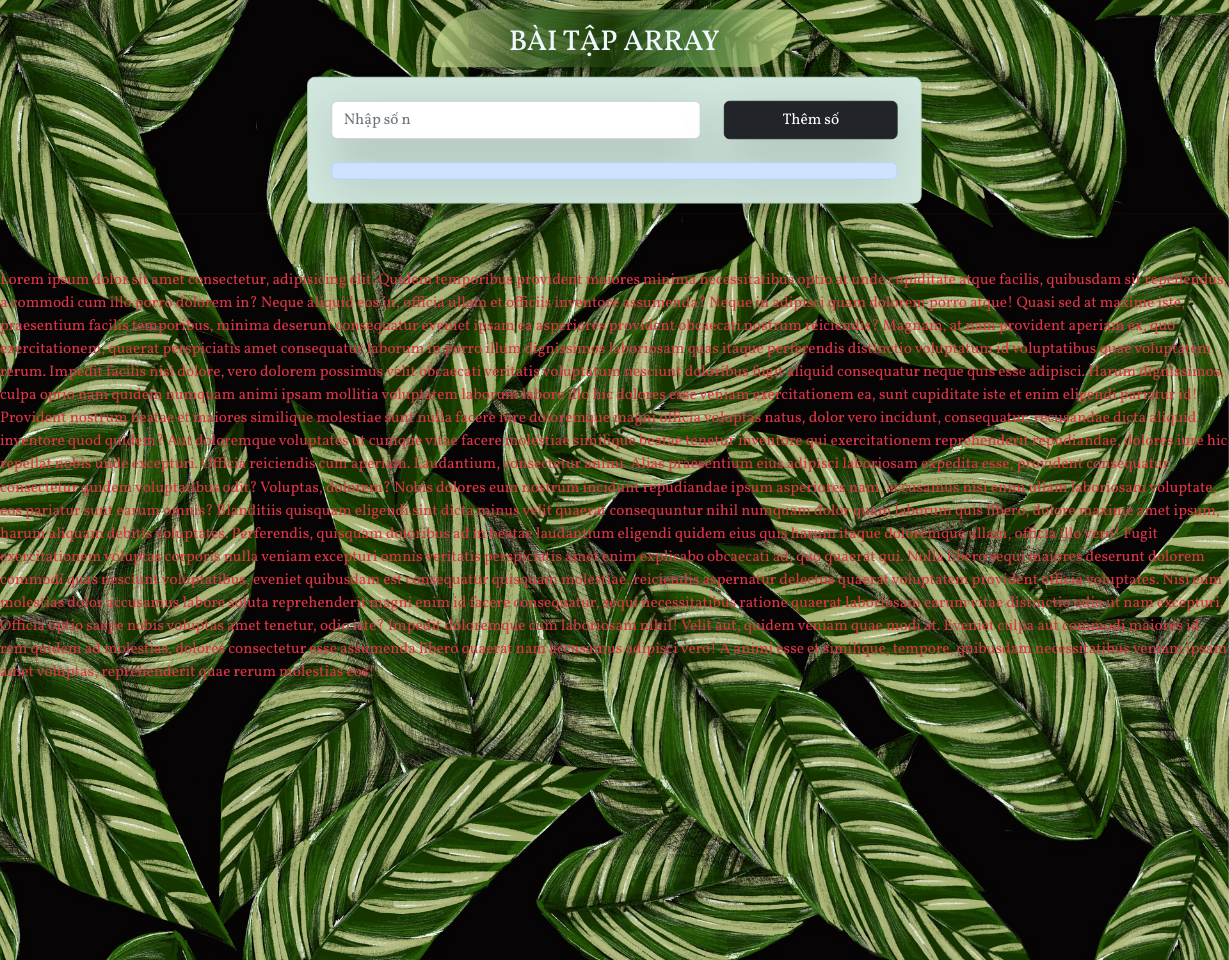
Repository: hcozyph/TranHuuPhuoc_BC43_BT_JS_Buoi7_8_ARRAY
Page: index.html
An editor plug-in stored every save of this project. The page is shown before and after the next save, followed by the edit.
The browser window is 1280 px wide. The pictures show the whole page, at 96% of full size.
Backgrounds fixed to the window are drawn as part of the page.

Above is the page before, as saved 2023-02-21 00:00:04.

### index.html
<!DOCTYPE html>
<html lang="en">
    <head>
        <title>BT Array</title>
        <!-- Required meta tags -->
        <meta charset="utf-8" />
        <meta
            name="viewport"
            content="width=device-width, initial-scale=1, shrink-to-fit=no"
        />
        <!-- font -->
        <link rel="preconnect" href="https://fonts.googleapis.com" />
        <link rel="preconnect" href="https://fonts.gstatic.com" crossorigin />
        <link
            href="https://fonts.googleapis.com/css2?family=Fraunces:ital,opsz,wght@0,9..144,600;0,9..144,700;1,9..144,300;1,9..144,400;1,9..144,500;1,9..144,600;1,9..144,700;1,9..144,800&family=Vollkorn:ital,wght@0,400;0,500;0,600;0,700;0,800;0,900;1,400;1,500;1,600;1,700;1,800;1,900&display=swap"
            rel="stylesheet"
        />
        <!-- Bootstrap CSS v5.2.1 -->
        <link
            href="https://cdn.jsdelivr.net/npm/bootstrap@5.2.1/dist/css/bootstrap.min.css"
            rel="stylesheet"
            integrity="sha384-iYQeCzEYFbKjA/T2uDLTpkwGzCiq6soy8tYaI1GyVh/UjpbCx/TYkiZhlZB6+fzT"
            crossorigin="anonymous"
        />

        <!-- index.css -->
        <link rel="stylesheet" href="./css/index.css" />
    </head>

    <body>
        <div class="container">
            <div class="bt-array-top">
                <div class="bt-array-title pt-2 shadow-lg">
                    <h1
                        class="text-center shadow-lg p-2"
                        ;
                        style="font-size: 30px"
                    >
                        BÀI TẬP ARRAY
                    </h1>
                </div>

                <div
                    id="mainArray"
                    class="alert alert-success w-50 text-center d-block rounded-3 shadow p-4"
                    style="margin: 10px auto"
                >
                    <div class="row row-cols-3">
                        <div class="col-8">
                            <input
                                id="user-input"
                                type="number"
                                class="form-control shadow-lg py-2"
                                placeholder="Nhập số n"
                                style="height: 100%"
                            />
                        </div>
                        <div class="col">
                            <button
                                id="user-btn"
                                class="btn btn-dark shadow-lg"
                                style="height: 100%; width: 100%"
                            >
                                Thêm số
                            </button>
                        </div>
                    </div>

                    <div class="row mt-4">
                        <div class="col">
                            <div
                                id="user-array"
                                class="alert alert-primary shadow-lg m-0 p-2"
                                style="font-size: 16px"
                            ></div>
                        </div>
                    </div>
                </div>
            </div>

            <div class="bt-array-content">
                <div class="text-danger">
                    Lorem ipsum dolor sit amet consectetur, adipisicing elit.
                    Quidem temporibus provident maiores minima necessitatibus
                    optio at unde cupiditate atque facilis, quibusdam sit
                    repellendus, a commodi cum illo porro dolorem in? Neque
                    aliquid eos in, officia ullam et officiis inventore
                    assumenda? Neque in adipisci quam dolorem porro atque! Quasi
                    sed at maxime iste, praesentium facilis temporibus, minima
                    deserunt consequatur eveniet ipsam ea asperiores provident
                    obcaecati nostrum reiciendis? Magnam, at nam provident
                    aperiam ex, quo exercitationem, quaerat perspiciatis amet
                    consequatur laborum in porro illum dignissimos laboriosam
                    quas itaque perferendis distinctio voluptatum id
                    voluptatibus quae voluptatem rerum. Impedit facilis nisi
                    dolore, vero dolorem possimus velit obcaecati veritatis
                    voluptatum nesciunt doloribus fugit aliquid consequatur
                    neque quis esse adipisci. Harum dignissimos, culpa optio nam
                    quidem numquam animi ipsam mollitia voluptatem laborum
                    labore illo hic dolores esse veniam exercitationem ea, sunt
                    cupiditate iste et enim eligendi pariatur id! Provident
                    nostrum beatae et maiores similique molestiae sunt nulla
                    facere iure doloremque magni officia voluptas natus, dolor
                    vero incidunt, consequatur, recusandae dicta aliquid
                    inventore quod quidem? Aut doloremque voluptates ut cumque
                    vitae facere molestiae similique beatae tenetur inventore
                    qui exercitationem reprehenderit repudiandae, dolores iure
                    hic repellat nobis unde excepturi. Officia reiciendis cum
                    aperiam. Laudantium, consectetur animi. Alias praesentium
                    eius adipisci laboriosam expedita esse, provident
                    consequatur consectetur quidem voluptatibus odit? Voluptas,
                    dolorem? Nobis dolores eum nostrum incidunt repudiandae
                    ipsum asperiores nam, accusamus nisi enim ullam laboriosam
                    voluptate, eos pariatur sunt earum omnis? Blanditiis
                    quisquam eligendi sint dicta minus velit quaerat
                    consequuntur nihil numquam dolor quam laborum quis libero,
                    dolore maxime amet ipsum, harum aliquam debitis voluptates.
                    Perferendis, quisquam doloribus ad in beatae laudantium
                    eligendi quidem eius quis harum itaque doloremque ullam,
                    officia illo vero! Fugit exercitationem voluptas corporis
                    nulla veniam excepturi omnis veritatis perspiciatis amet
                    enim explicabo obcaecati ad, quo quaerat qui. Nulla libero
                    sequi maiores deserunt dolorem commodi quas nesciunt
                    voluptatibus, eveniet quibusdam est consequatur quisquam
                    molestiae, reiciendis aspernatur delectus quaerat voluptatem
                    provident officia voluptates. Nisi eum molestias dolor
                    accusamus labore soluta reprehenderit magni enim id facere
                    consequatur, sequi necessitatibus ratione quaerat laboriosam
                    earum vitae distinctio odio ut nam excepturi. Officia optio
                    saepe nobis voluptas amet tenetur, odio iste? Impedit
                    doloremque cum laboriosam nihil! Velit aut, quidem veniam
                    quae modi at. Eveniet culpa aut commodi maiores id rem
                    quidem ad molestias, dolores consectetur esse assumenda
                    libero quaerat nam accusamus adipisci vero! A animi esse et
                    similique, tempore, quibusdam necessitatibus veniam ipsam
                    amet voluptas, reprehenderit quae rerum molestias eos!
                </div>
                <div class="bt1"></div>
            </div>
        </div>

        <!-- Bootstrap JavaScript Libraries -->
        <script
            src="https://cdn.jsdelivr.net/npm/@popperjs/core@2.11.6/dist/umd/popper.min.js"
            integrity="sha384-oBqDVmMz9ATKxIep9tiCxS/Z9fNfEXiDAYTujMAeBAsjFuCZSmKbSSUnQlmh/jp3"
            crossorigin="anonymous"
        ></script>

        <script
            src="https://cdn.jsdelivr.net/npm/bootstrap@5.2.1/dist/js/bootstrap.min.js"
            integrity="sha384-7VPbUDkoPSGFnVtYi0QogXtr74QeVeeIs99Qfg5YCF+TidwNdjvaKZX19NZ/e6oz"
            crossorigin="anonymous"
        ></script>

        <!-- method.js -->
        <link rel="stylesheet" href="./js/method.js" />

        <!-- index.js -->
        <script src="./js/index.js"></script>
    </body>
</html>

### css/index.css
* {
    margin: 0;
    padding: 0;
    box-sizing: border-box;
    font-family: "Fraunces", serif;
    font-family: "Vollkorn", serif;
}

.container {
    margin: 0 auto;
    max-width: 1440px;
    overflow: hidden;
    padding: 0;

    background-image: url(../img/2.jpg);
    background-size: cover;
    background-position: inherit;
    background-repeat: no-repeat;
    background-attachment: fixed;

    height: 1000px;
    position: relative;
}

.bt-array-title {
    display: block;
    width: 380px;
    margin: 0 auto;
    border-radius: 80px 10px 80px 10px;

    font-size: 40px;
    font-weight: 700;
    /* background-color: red; */
    color: aliceblue;
    background: rgb(156, 173, 110);
    background: linear-gradient(
        90deg,
        rgba(198, 219, 142, 0.8) 0%,
        rgba(156, 173, 110, 0.8) 10%,
        rgba(60, 94, 39, 0.8) 25%,
        rgba(68, 112, 49, 0.8) 29%,
        rgba(27, 57, 5, 0.8) 49%,
        rgba(66, 114, 50, 0.8) 63%,
        rgba(90, 139, 69, 0.8) 74%,
        rgba(184, 203, 130, 0.8) 95%
    );
}

.bt-array-top {
    position: fixed;
    width: 100%;
    padding-top: 10px;
    background-color: red;

    background-image: url(../img/2.jpg);
    background-size: cover;
    background-position: inherit;
    background-repeat: no-repeat;
    background-attachment: fixed;
}

.bt-array-content {
    padding-top: 280px;
}

### js/index.js
/*create-array*/
var mainArray = [];

document.getElementById('user-btn').onclick = function(){
    //input: userInput
    var userInput = Number(document.getElementById('user-input').value);

    //output: mainArray

    //process
    mainArray.push(userInput);

    document.getElementById('user-array').innerHTML = mainArray;


}




/*End-create-array*/

Loaded but not shown: js/method.js (no stored copy; drawn as an empty file)

After the next save:
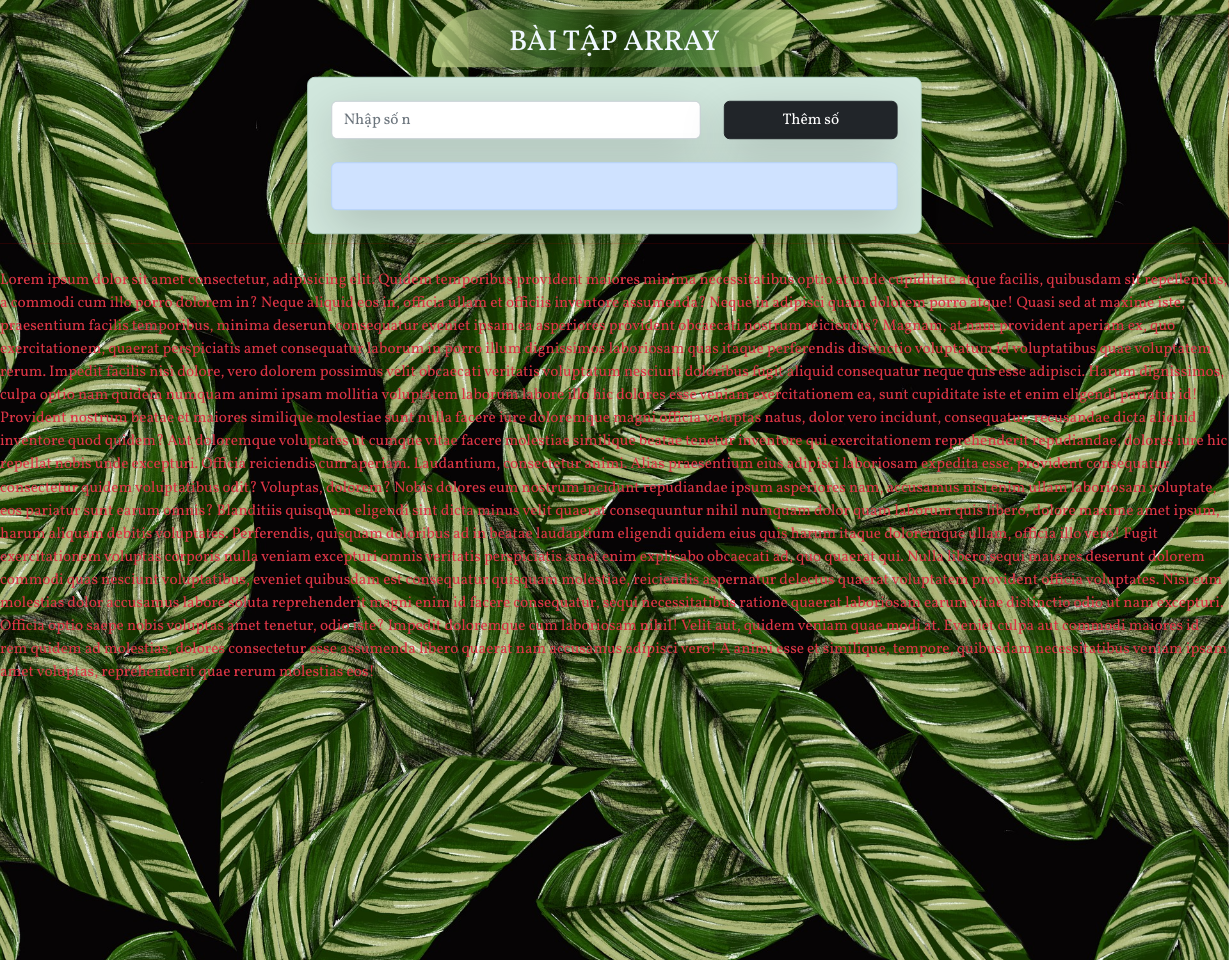
Saved 6 s later.
--- a/index.html
+++ b/index.html
@@ -70,7 +70,7 @@
                         <div class="col">
                             <div
                                 id="user-array"
-                                class="alert alert-primary shadow-lg m-0 p-2"
+                                class="alert alert-primary shadow-lg m-0 p-4"
                                 style="font-size: 16px"
                             ></div>
                         </div>
